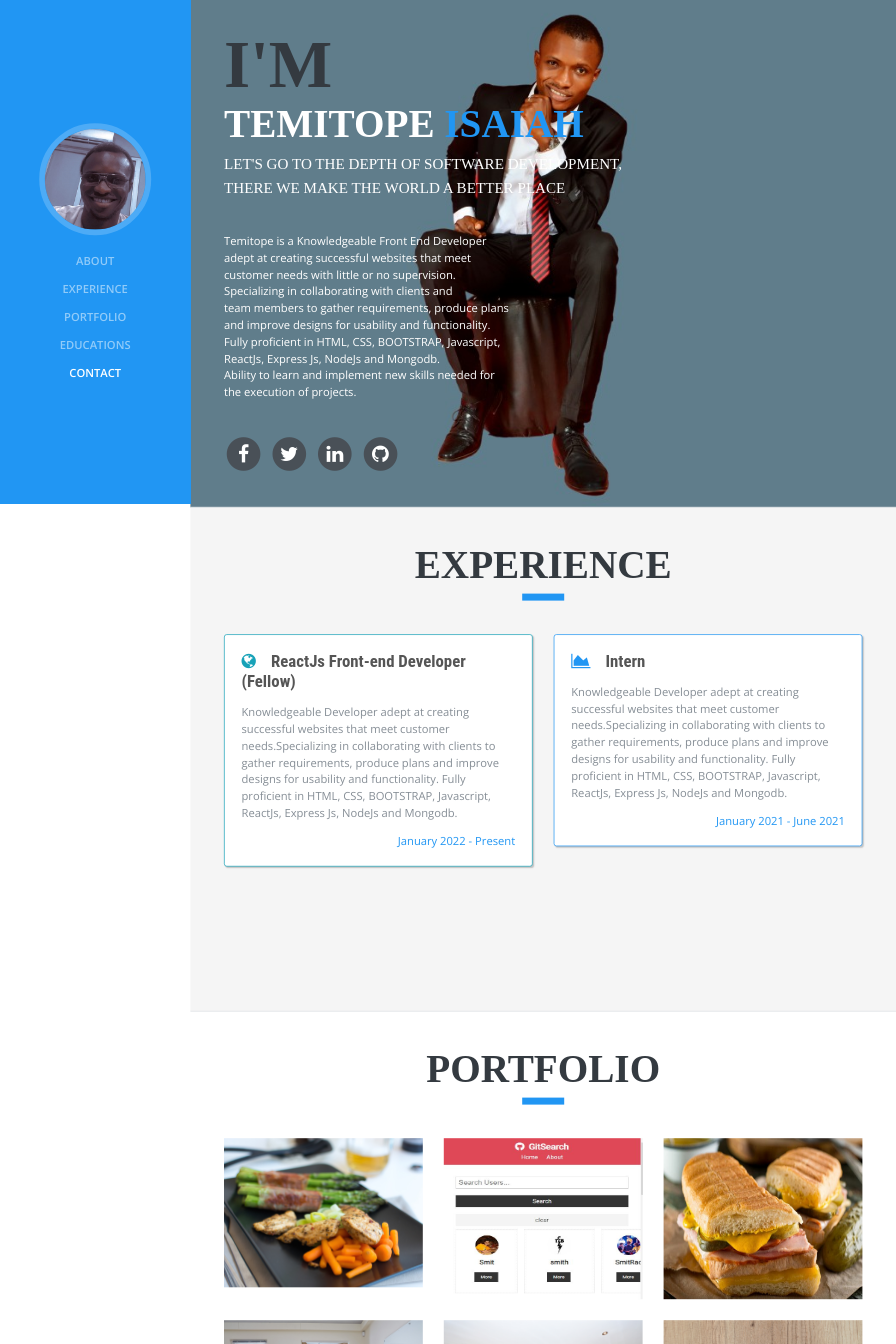
Repository: smit1298/portfolio
Page: index.html
An editor plug-in stored every save of this project. The page is shown before and after a run of saves, followed by the edit.
The browser window is 1280 px wide. The pictures show the part of the page from y = 0 to 1920 px (the page is 5030 px tall), at 70% of full size.
Some web fonts or font styles are not loaded; a fallback is used.

Above is the page before, as saved 2022-06-06 11:51:34.

After the next 5 saves:
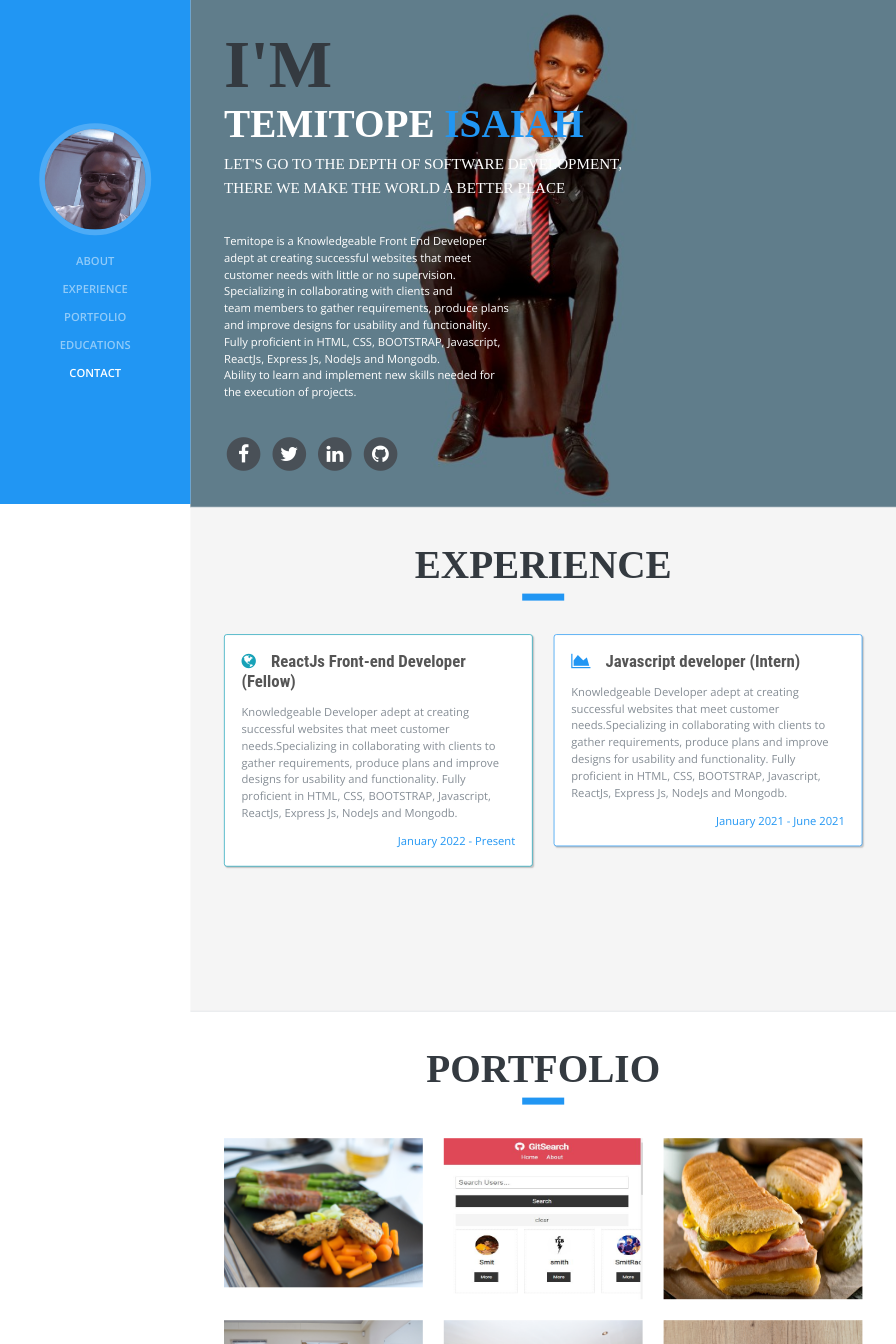
The 5 saves are shown as one change because they came seconds apart.
The last was saved 15 s later.
--- a/index.html
+++ b/index.html
@@ -169,7 +169,7 @@
               ">
             <div class="resume-content mr-auto">
               <h4 class="mb-3">
-                <i class="fa fa-area-chart mr-3 text-primary"></i>  Intern
+                <i class="fa fa-area-chart mr-3 text-primary"></i> Javascript developer (Intern)
               </h4>
               <p>
                 Knowledgeable Developer adept at creating successful websites that meet customer needs.Specializing in
